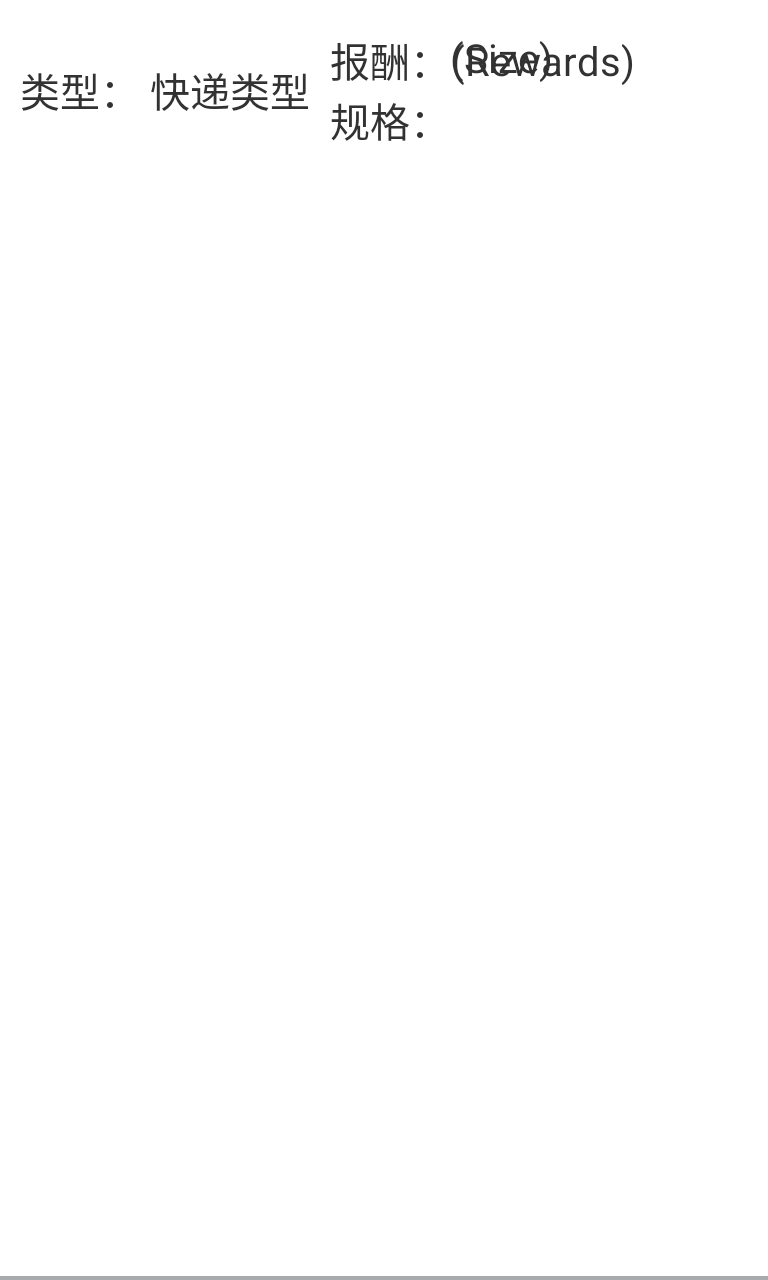
Repository: fariashen/campus-express
Layout: easyCourier/res/layout/item_request.xml
The author's editor kept a copy of each file at every save. The layout is drawn from the files as they stood at one save, then again after the next save.
It is drawn on a 768 x 1280 px phone screen (xhdpi) without system bars, with theme AppTheme; the app's code is not run. The app's manifest (not shown) leaves right-to-left support off. So textAlignment, textDirection and layoutDirection are ignored, and left and right values win over start and end ones.

Above is the layout before, as saved 2016-04-26 12:02:18.

### easyCourier/res/layout/item_request.xml
<?xml version="1.0" encoding="utf-8"?>
<RelativeLayout xmlns:android="http://schemas.android.com/apk/res/android"
    android:layout_width="match_parent"
    android:layout_height="wrap_content"
    android:orientation="vertical"
    android:paddingTop="15dp"
    android:paddingBottom="10dp"
    android:background="@drawable/requestdetailshape">

    <TextView
        android:id="@+id/tv_tip_itemKinds"
        android:layout_width="wrap_content"
        android:layout_height="wrap_content"
        android:layout_marginLeft="10dp"
        android:layout_marginTop="15dp"
        android:text="类型："
        android:textSize="20sp" />

    <TextView
        android:id="@+id/tv_itemKinds"
        android:layout_width="90dp"
        android:layout_height="wrap_content"
        android:layout_marginTop="15dp"
        android:layout_marginLeft="5dp"
        android:layout_toEndOf="@id/tv_tip_itemKinds"
        android:text="快递类型"
        android:textSize="20sp" />

    <TextView
        android:id="@+id/tv_tip_itemReward"
        android:layout_width="wrap_content"
        android:layout_height="30dp"
        android:layout_toEndOf="@id/tv_itemKinds"
        android:text="报酬："
        android:textSize="20sp" />

    <TextView
        android:id="@+id/tv_itemReward"
        android:layout_width="wrap_content"
        android:layout_height="30dp"
        android:layout_toEndOf="@id/tv_tip_itemReward"
        android:gravity="center"
        android:text="(Rewards)"
        android:textSize="20sp" />


    <TextView
        android:id="@+id/tv_tip_itemSize"
        android:layout_width="wrap_content"
        android:layout_height="30dp"
        android:layout_toEndOf="@id/tv_itemKinds"
        android:layout_below="@id/tv_tip_itemReward"
        android:text="规格："
        android:textSize="20sp" />

    <TextView
        android:id="@+id/tv_itemSize"
        android:layout_width="wrap_content"
        android:layout_height="30dp"
        android:layout_toEndOf="@id/tv_tip_itemSize"
        android:text="(Size)"
        android:textSize="20sp" />

</RelativeLayout>

### easyCourier/res/drawable/requestdetailshape.xml
<layer-list xmlns:android="http://schemas.android.com/apk/res/android">
<!-- This is the main color -->
<item>
  <shape>
        <solid android:color="#ffa8abad" />
  </shape>
</item>
<!-- This is the line -->
<item android:bottom="2dp">
 <shape>
       <solid android:color="#FFFFFF" />
 </shape>
</item>
</layer-list>

Loaded but not shown: easyCourier/res/values/styles.xml (common file); easyCourier/res/values-v11/styles.xml (common file); easyCourier/res/values-v14/styles.xml (common file)

After the next save:
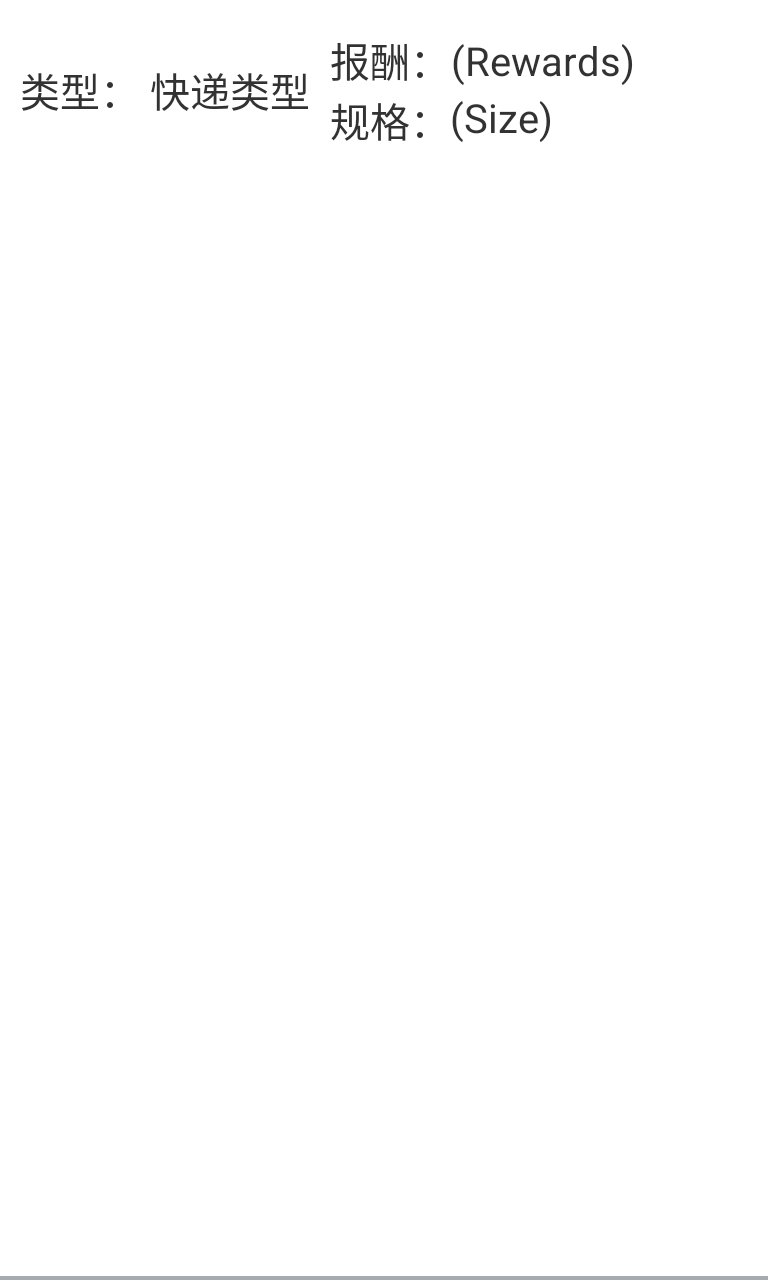
Saved 35 s later.
--- a/easyCourier/res/layout/item_request.xml
+++ b/easyCourier/res/layout/item_request.xml
@@ -57,6 +57,7 @@
         android:id="@+id/tv_itemSize"
         android:layout_width="wrap_content"
         android:layout_height="30dp"
+        android:layout_below="@id/tv_itemReward"
         android:layout_toEndOf="@id/tv_tip_itemSize"
         android:text="(Size)"
         android:textSize="20sp" />
